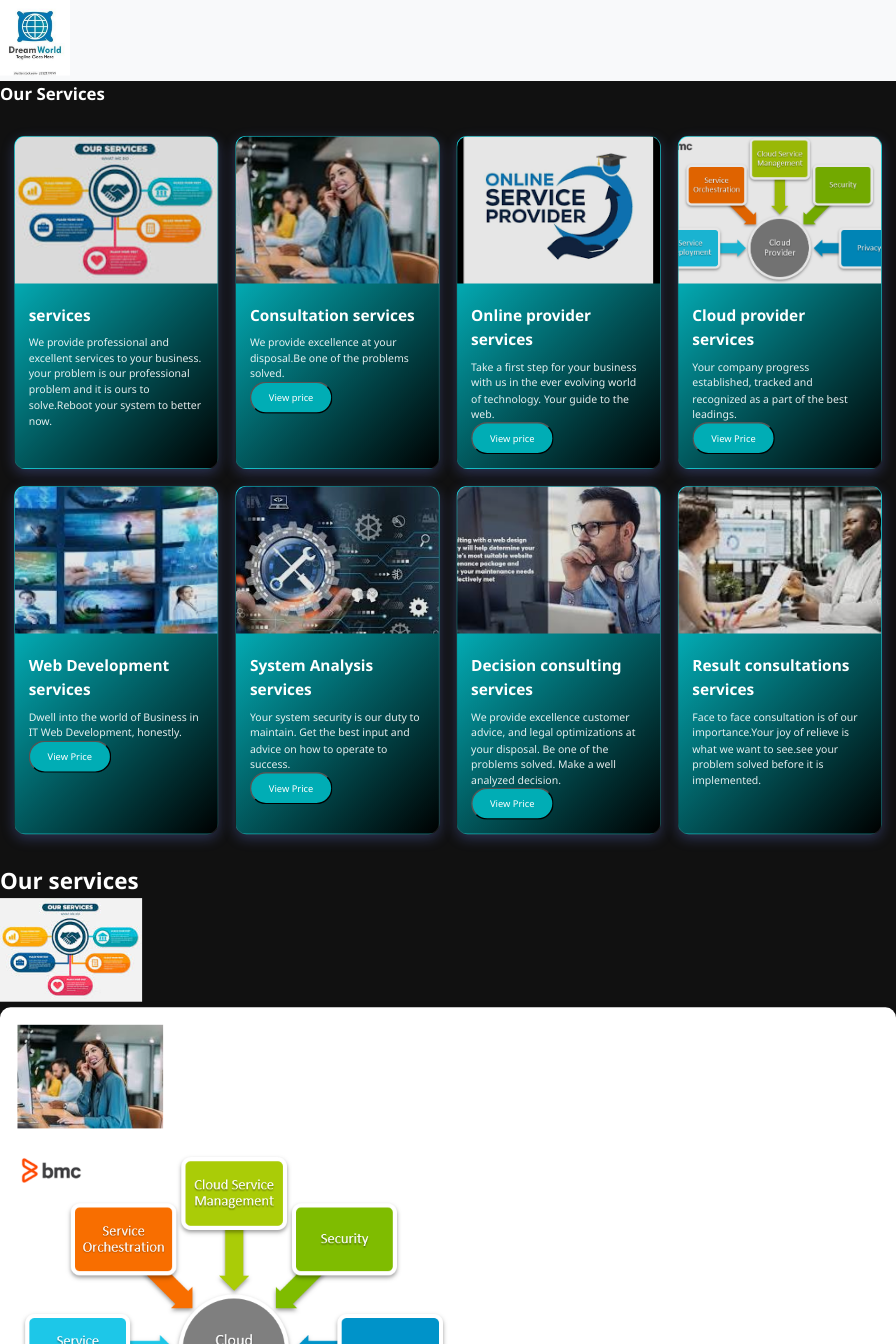
Repository: za569/WEDE5020-HTML-CSS-JavaScript-Zanda-Rubuxa-PART-3
Page: services.html
The author's editor kept a copy of each file at every save. The page is drawn from the files as they stood at one save, then again after the next save.
The browser window is 1280 px wide. The pictures show the part of the page from y = 0 to 1920 px (the page is 3157 px tall), at 70% of full size.

Above is the page before, as saved 2026-06-03 12:44:42.
Console error: TypeError: document.getElementsById is not a function

After the next save:
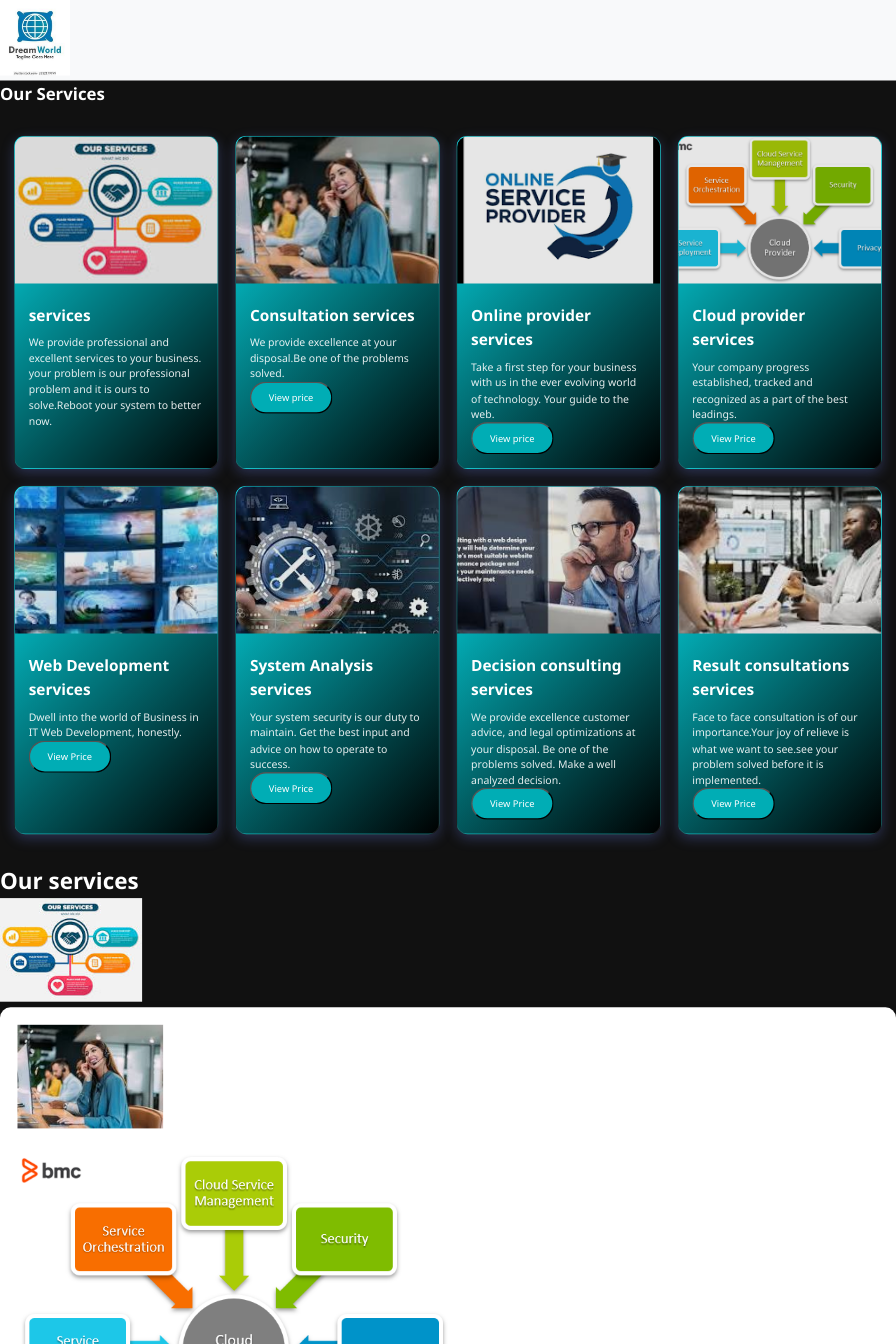
Saved 32 s later.
--- a/services.html
+++ b/services.html
@@ -82,7 +82,7 @@
             <div class="service-card-content">
                 <h3> Result consultations services</h3>
                 <p>Face to face consultation is of our importance.Your joy of relieve is what we want to see.see your problem solved before it is implemented.</p>
-
+            <button class="btn price-btn" data-price="R2000">View Price</button>
             </div>
         </div>
     </div>
